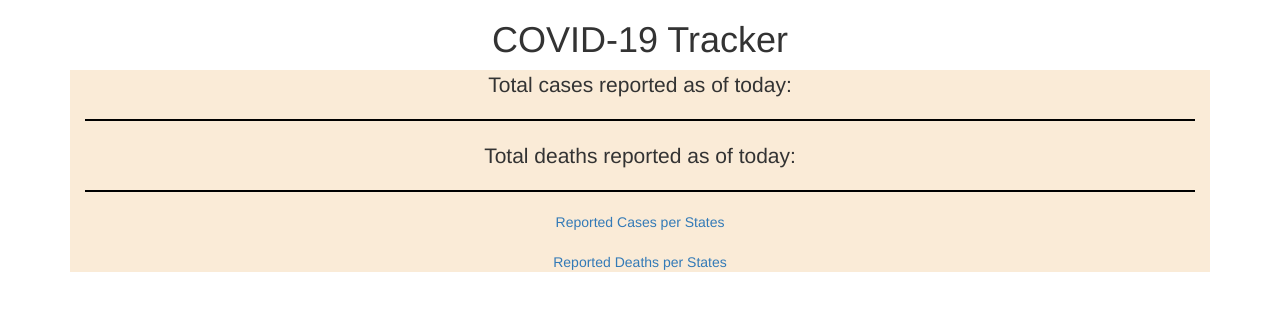
Repository: kimjuneyoung5/Bootcamp-Java
Page: http://localhost/CovidTrackingApp/WEB-INF/index.jsp
The author's editor kept a copy of each file at every save. The page is drawn from the files as they stood at one save, then again after the next save.
The browser window is 1280 px wide. The pictures show the whole page.
The page is served by Tomcat 9. Nobody is signed in. Other server files are loaded and not shown. The template is opened directly, without the code that normally fills it, so the values that code supplies are empty.

Above is the page before, as saved 2021-10-02 03:23:04.

### oop/CovidTrackingApp/src/main/webapp/WEB-INF/index.jsp
<%@ page language="java" contentType="text/html; charset=UTF-8"
    pageEncoding="UTF-8"%>
<%@ taglib prefix="c" uri="http://java.sun.com/jsp/jstl/core" %>
<%@ taglib prefix="fmt" uri="http://java.sun.com/jsp/jstl/fmt" %>
<%@ taglib prefix="form" uri="http://www.springframework.org/tags/form"%>
<%@ page isErrorPage="true" %>
<!DOCTYPE html>

<html xmlns:th="http://www.thymeleaf.org">

<head>
    <title>COVID-19 Tracker</title>
    <meta http-equiv="Content-Type" content="text/html; charset=UTF-8" />
    <link rel="stylesheet" href="https://stackpath.bootstrapcdn.com/bootstrap/4.4.1/css/bootstrap.min.css" integrity="sha384-Vkoo8x4CGsO3+Hhxv8T/Q5PaXtkKtu6ug5TOeNV6gBiFeWPGFN9MuhOf23Q9Ifjh" crossorigin="anonymous">
    <link rel="stylesheet"
		href="https://maxcdn.bootstrapcdn.com/bootstrap/3.3.7/css/bootstrap.min.css" />
    <style>
    	.container1{
    		text-align: center;
    	}
    	.container{
    		text-align:center;
    		background-color: antiquewhite;
    	}
    	.line{
    		margin-top:1.5rem!important;
    	}
    	.display{
    		line-height:1.2;
    	}
    	hr{
    		border-top:2px solid black;
    	}
    </style>
</head>

<body>
<div class="container1">
<h1>COVID-19 Tracker</h1>

	<div class="container">
    	<p class="lead">Total cases reported as of today:</p>
    	<h1 class="display"><c:out value="${totalReportedCases}"/></h1>
    	<hr class="line">
    	<p class="lead">Total deaths reported as of today:</p>
    	<h1 class="display"><c:out value="${totalReportedDeaths}"/></h1>
    	<hr class="line">
    	<a href="/cases">Reported Cases per States</a>
    	<br></br>
    	<a href="/deaths">Reported Deaths per States</a>
	</div>

</div>

After the next save:
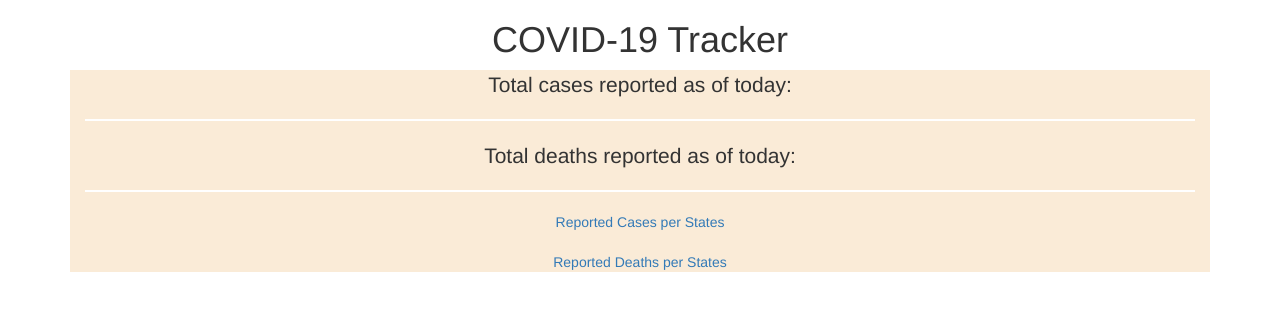
Saved 23 s later.
--- a/oop/CovidTrackingApp/src/main/webapp/WEB-INF/index.jsp
+++ b/oop/CovidTrackingApp/src/main/webapp/WEB-INF/index.jsp
@@ -29,7 +29,7 @@
     		line-height:1.2;
     	}
     	hr{
-    		border-top:2px solid black;
+    		border-top:2px solid white;
     	}
     </style>
 </head>
